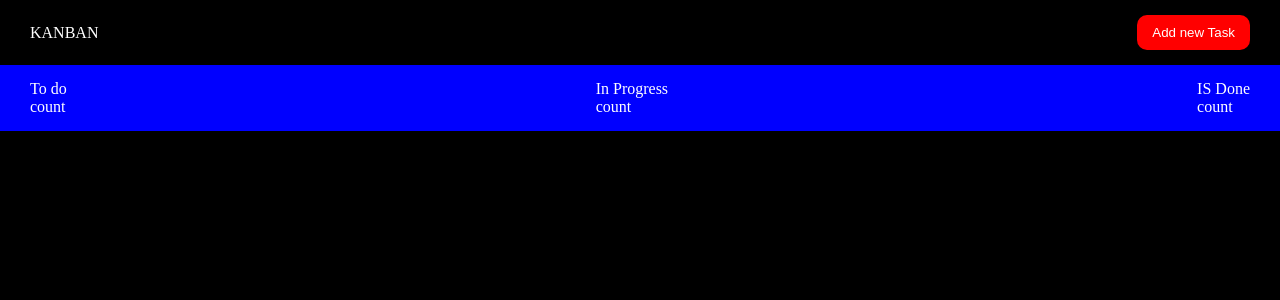
Repository: Sandeepji-5/Kanban-board
Page: index.html
An editor plug-in stored every save of this project. The page is shown before and after the next save, followed by the edit.
The browser window is 1280 px wide. The pictures show the whole page.

Above is the page before, as saved 2025-12-08 18:07:18.

### index.html
<!DOCTYPE html>
<html lang="en">
<head>
    <meta charset="UTF-8">
    <meta name="viewport" content="width=device-width, initial-scale=1.0">
    <title>Document</title>
    <link rel="stylesheet" href="style.css">
</head>
<body>
    <main>
        <nav>
            <div class="left">KANBAN</div>
            <div class="right"><button>Add new Task</button></div>
        </nav>
        <section class="board">
            <div class="time-column">
                <div class="hweading">
                    <div class="left">To do </div>
                    <div class="right">count</div>
                </div>
            </div>
            <div class="time-column">
                <div class="heading">
                    <div class="left">In Progress</div>
                    <div class="right">count</div>
                </div>
            </div>
            <div class="time-column">
                <div class="heading">
                    <div class="left">IS Done </div>
                    <div class="right"> count</div>
                </div>
            </div>
        </section>


    </main>
    <script src="kanban.js"></script>
</body>
</html>

### style.css
* {
    margin: 0;
    padding: 0;

    box-sizing: border-box;
}

html,
body {
    width: 100%;
    height: 100%;

}

:root {
    --bg-color: #0000000;
    --bg-button-color: red
    --primary-text-color: #f4f4f4;

    /* padding 1 rem 2 rem */
    --nav-padding: 15px 30px;
    --section-padding: 15px 30px;
    --padding-s: 5px;
    --padding-m: 10px;
    --padding-l: 15px;
    --padding-xl: 20px;
    --padding-xxl: 30px;


    /* border radius variable  */



    --border-radius-s:5px;
    --border-radius-m:10px;
    --border-radius-l:15px;
    --border-radius-xl:20px;
    --border-radius-xxl:30px;


}

body {
    background-color: black;
    color: white;
}

nav{
    padding: var(--nav-padding);
    display: flex;
    align-items: center;
    justify-content: space-between;

}
nav button{
    background-color: red;
    color: white;
    border: none;
    outline: none;
    padding: var(  --padding-m) var(  --padding-l);
    cursor: pointer;
    border-radius:var(--border-radius-m) ;

}


section{
    padding:var(--section-padding);
    display: flex;
    justify-content: space-between;
    background-color: blue;

}

Loaded but not shown: kanban.js (no copy from this time; the picture is the same without it)

After the next save:
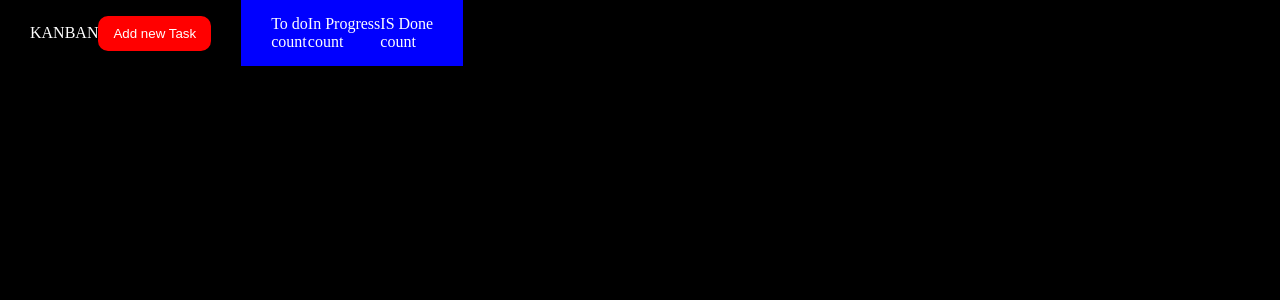
Saved 81 s later.
--- a/style.css
+++ b/style.css
@@ -44,6 +44,9 @@
     background-color: black;
     color: white;
 }
+main{
+    display: flex;
+}
 
 nav{
     padding: var(--nav-padding);

After the 2 saves that followed:
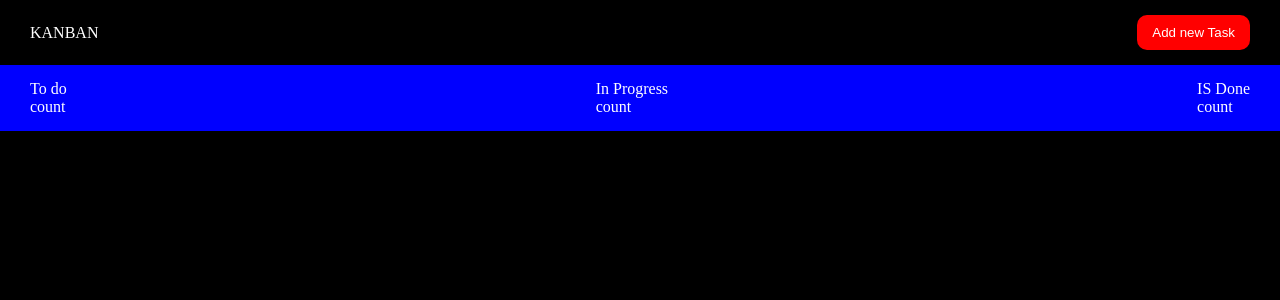
The 2 saves are shown as one change because 1 left the picture as it was.
The last was saved 2 min 19 s later.
--- a/style.css
+++ b/style.css
@@ -46,6 +46,10 @@
 }
 main{
     display: flex;
+    height: 100px;
+    width: 100%;
+    flex-direction: column;
+
 }
 
 nav{
@@ -74,3 +78,6 @@
     background-color: blue;
 
 }
+section .task-column{
+
+}
